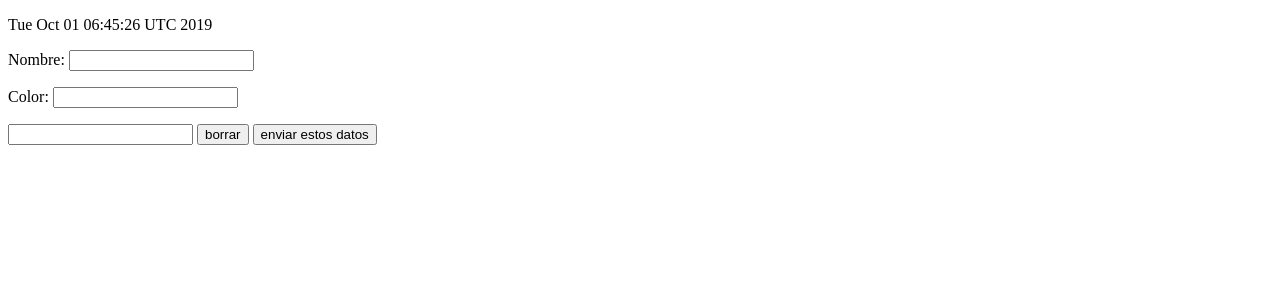
Repository: weertop/2DAW
Page: http://localhost/Formularios/controlText.jsp
The author's editor kept a copy of each file at every save. The page is drawn from the files as they stood at one save, then again after the next save.
The browser window is 1280 px wide. The pictures show the whole page.
The page is served by Tomcat 9. Other server files are loaded and not shown.

Above is the page before, as saved 2019-10-01 06:55:13.

### DWServidor/eclipse-workspace-photom/Formularios/WebContent/controlText.jsp
<%@ page language="java" contentType="text/html; charset=UTF-8"
    pageEncoding="UTF-8"%>
<%@ page import="java.util.*" %>
<!DOCTYPE html>
<html>
<head>
<meta charset="UTF-8">
<title>Insert title here</title>
</head>
<body>
	<%Date fecha = new Date();
	out.println("<p>" + fecha + "</p>");
	%>
	<form action="destinoControlText.jsp" method="post">
		<p> Nombre: <input type="text" name="nombre" /> </p>
		<p> Color: <input type="text" name="color" /> </p>
		<input type="text" name="correo" />
		<input type="reset" name="borrar" value="borrar" />
		<input type="submit" name="enviar" value="enviar estos datos" /> <!-- el value es lo que se enviara -->
	</form>
</body>
</html>

After the next save:
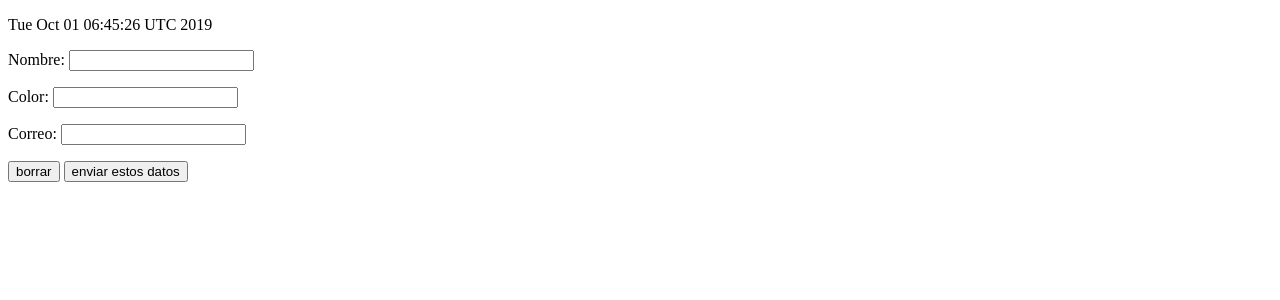
Saved 12 s later.
--- a/DWServidor/eclipse-workspace-photom/Formularios/WebContent/controlText.jsp
+++ b/DWServidor/eclipse-workspace-photom/Formularios/WebContent/controlText.jsp
@@ -14,7 +14,7 @@
 	<form action="destinoControlText.jsp" method="post">
 		<p> Nombre: <input type="text" name="nombre" /> </p>
 		<p> Color: <input type="text" name="color" /> </p>
-		<input type="text" name="correo" />
+		<p> Correo: <input type="text" name="correo" /> </p>
 		<input type="reset" name="borrar" value="borrar" />
 		<input type="submit" name="enviar" value="enviar estos datos" /> <!-- el value es lo que se enviara -->
 	</form>
